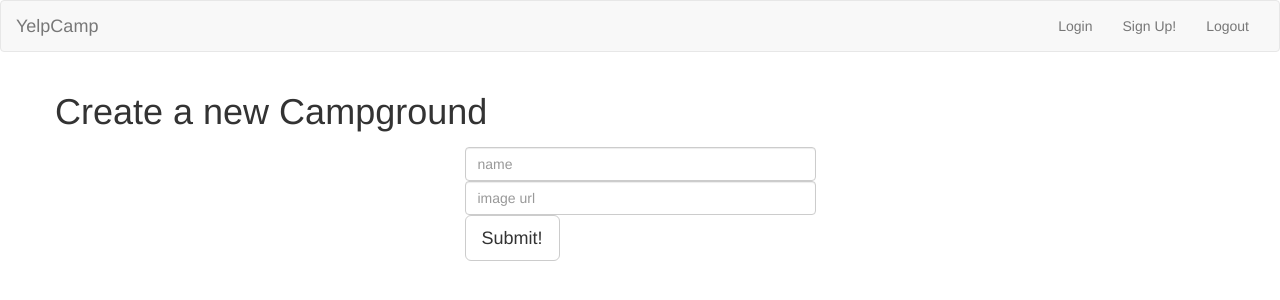
Repository: karanagg262/The-Web-Development-Bootcamp
Page: http://localhost/campgrounds/new
The author's editor kept a record of every edit. The page is drawn from the files as they stood at one moment, then again after the next edit.
The browser window is 1280 px wide. The pictures show the whole page.
The page is served by the project's Node server (yelpcamp/v1/app.js).

Above is the page before.

After the next edit:
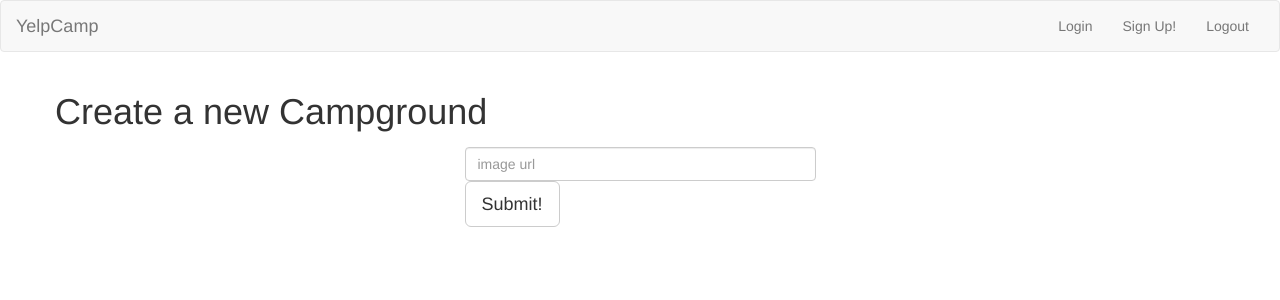
The edit:
--- a/Backend and full scale projects/yelpcamp/v1/views/new.ejs
+++ b/Backend and full scale projects/yelpcamp/v1/views/new.ejs
@@ -7,7 +7,7 @@
             <div class="form-group">
 
             </div>
-            <input class="form-control" type="text" name="name" placeholder="name">
+
             <input class="form-control" type="text" name="image" placeholder="image url">
             <button class="btn btn-lg btn-default">Submit!</button>
         </div>
